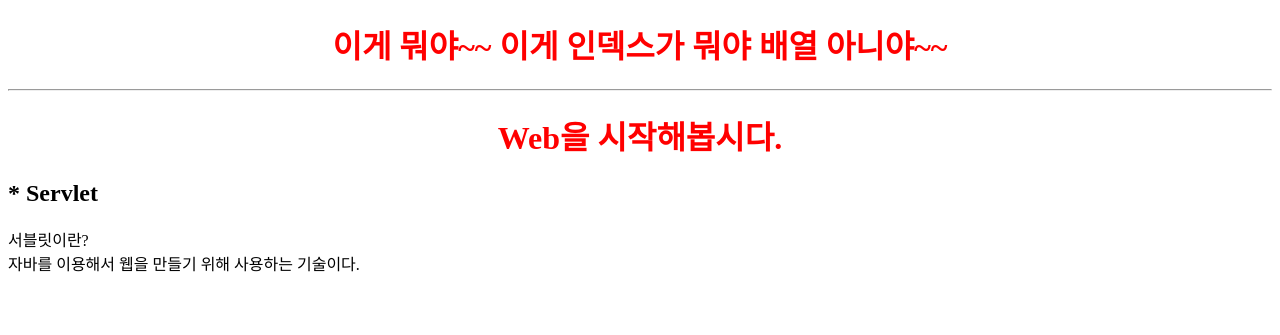
Repository: Rostreaca/0922_Web
Page: MyFirstWebProject/src/main/webapp/WEB-INF/index.html
These files come from the project's save history. The page is drawn as it stood at one moment and after the next save; the edit follows.
The browser window is 1280 px wide. The pictures show the whole page.

Above is the page before, as saved 2025-09-22 07:12:37.

After the next save:
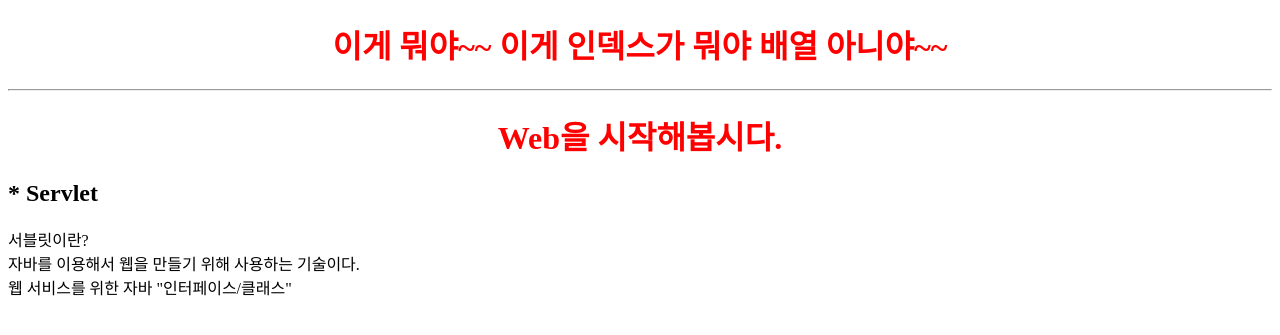
Saved 2 min 51 s later.
--- a/MyFirstWebProject/src/main/webapp/WEB-INF/index.html
+++ b/MyFirstWebProject/src/main/webapp/WEB-INF/index.html
@@ -91,6 +91,7 @@
 	<p>
 		서블릿이란? <br>
 		자바를 이용해서 웹을 만들기 위해 사용하는 기술이다. <br>
+		웹 서비스를 위한 자바 "인터페이스/클래스" <br>
 
 	</p>
 
